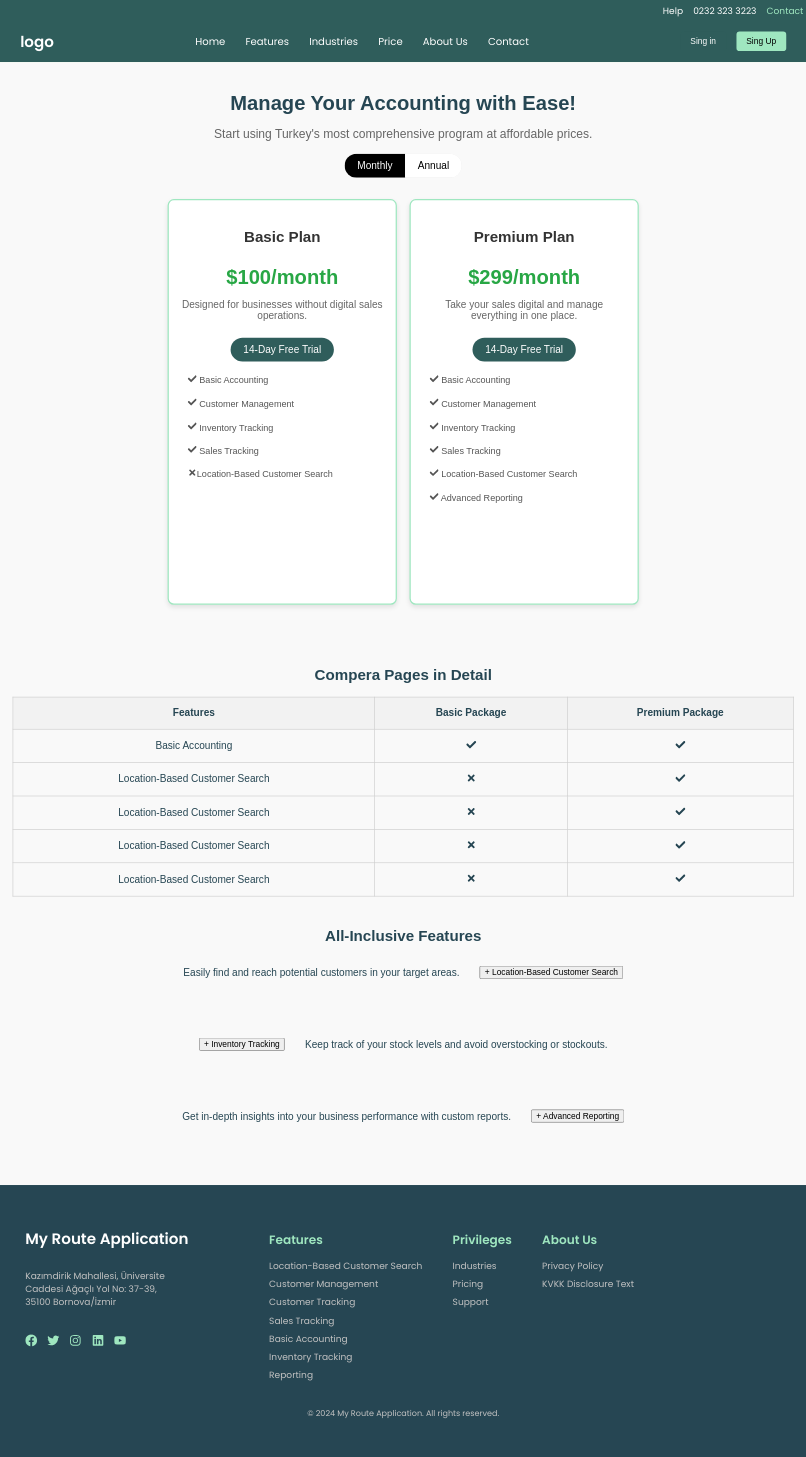
Repository: senolinanyasar/myrouteapplication
Page: /pricing
These files come from the project's save history. The page is drawn as it stood at one moment and after the next save; the edit follows.
The browser window is 1280 px wide. The pictures show the whole page, at 63% of full size.
The project was rebuilt for these pictures with package versions that can differ from the ones it lists, and the page was loaded fresh each time. Also part of the build but not shown: vite.config.js, src/components/HeroSection.css, src/components/HeroSection.js, src/components/FeaturesSection.js, src/components/PricingSection.css, src/components/PricingSection.js, src/components/SupportSection.css, src/components/SupportSection.js and 3 more.

Above is the page before, as saved 2024-11-16 21:56:06.

### src/index.css
@import url('https://fonts.googleapis.com/css2?family=Poppins:wght@400;600&display=swap');

body {
  font-family: 'Poppins', sans-serif;
  color: #264653;
  background-color: #f1faee;
  margin: 0;
  padding: 0;
  box-sizing: border-box;
}

code {
  font-family: source-code-pro, Menlo, Monaco, Consolas, 'Courier New',
    monospace;
}

### src/App.js
import React from 'react';
import { BrowserRouter as Router, Route, Routes } from 'react-router-dom';
import Header from './components/Header';
import HomePage from './components/HomePage';
import PricingPage from './components/PricingPage';
import TopBar from './components/TopBar';
import Footer from './components/Footer';


function App() {
  return (
    <Router>
      <TopBar/>
      <Header />
      <Routes>
        <Route path='/' element={<HomePage />} />
        <Route path='/pricing' element={<PricingPage />} />

      </Routes>
      <Footer/>
    </Router>

  );
}

export default App;

### src/components/Header.js
// Header.js
import React from 'react';
import './Header.css';
import { Link } from 'react-router-dom';

const Header = () => {
    return (
        <header className="header">
            <div className="header-logo">logo</div>
            <nav className="header-nav">

                    <Link to="/">Home</Link>
                    <Link to="/features">Features</Link>
                    <Link to="/industries">Industries</Link>
                    <Link to="/pricing">Price</Link>
                    <Link to="/aboutus">About Us</Link>
                    <Link to="/contact">Contact</Link>



            </nav>
            <div className="header-buttons">
                <button className="login-button">Sing in</button>
                <button className="register-button">Sing Up</button>
            </div>
        </header>
    );
};


export default Header;

### src/components/PricingPage.js
// PricingPage.js

import React, { useState } from "react";
import './PricingPage.css';
import { FaCheck, FaTimes } from "react-icons/fa";


const PricingPage = () => {
    const [isAnnual, setIsAnnual] = useState(false);

    return (
        <section className="pricing-page">
            <div className="pricing-header">
                <h1>Manage Your Accounting with Ease!</h1>
                <p>Start using Turkey's most comprehensive program at affordable prices.</p>
                <div className="toggle-buttons">
                    <button
                        className={`toggle-btn ${!isAnnual ? "active" : ""}`}
                        onClick={() => setIsAnnual(false)}
                    >
                        Monthly
                    </button>
                    <button
                        className={`toggle-btn ${isAnnual ? "active" : ""}`}
                        onClick={() => setIsAnnual(true)}
                    >
                        Annual
                    </button>
                </div>
            </div>
            <div className="pricing-plans">
                <div className="plan basic-plan">
                    <h3>Basic Plan</h3>
                    <p className="price">
                        {isAnnual ? "$1,000/year" : "$100/month"}
                    </p>
                    <p className="subtext">
                        Designed for businesses without digital sales operations.
                    </p>
                    <button className="try-button">14-Day Free Trial</button>
                    <ul>
                        <li><FaCheck /> Basic Accounting</li>
                        <li><FaCheck /> Customer Management</li>
                        <li><FaCheck /> Inventory Tracking</li>
                        <li><FaCheck /> Sales Tracking</li>
                        <li><FaTimes className="not-included" />Location-Based Customer Search</li>
                    </ul>
                </div>
                <div className="plan premium-plan">
                    <h3>Premium Plan</h3>
                    <p className="price">
                        {isAnnual ? "$3,000/year" : "$299/month"}
                    </p>
                    <p className="subtext">
                        Take your sales digital and manage everything in one place.
                    </p>
                    <button className="try-button">14-Day Free Trial</button>

                    <ul>
                        <li><FaCheck /> Basic Accounting</li>
                        <li><FaCheck /> Customer Management</li>
                        <li><FaCheck /> Inventory Tracking</li>
                        <li><FaCheck /> Sales Tracking</li>
                        <li><FaCheck /> Location-Based Customer Search</li>
                        <li><FaCheck /> Advanced Reporting</li>
                    </ul>
                </div>
            </div>


            <div className="comparison-table">
                <h2>Compera Pages in Detail</h2>
                <table>
                    <thead>
                        <tr>
                            <th>Features</th>
                            <th>Basic Package</th>
                            <th>Premium Package</th>
                        </tr>
                    </thead>
                    <tbody>
                        <tr>
                            <td>Basic Accounting</td>
                            <td><FaCheck /></td>
                            <td><FaCheck /></td>
                        </tr>
                        <tr>
                            <td>Location-Based Customer Search</td>
                            <td><FaTimes className="not-included" /></td>
                            <td><FaCheck /></td>
                        </tr>
                        <tr>
                            <td>Location-Based Customer Search</td>
                            <td><FaTimes className="not-included" /></td>
                            <td><FaCheck /></td>
                        </tr>
                        <tr>
                            <td>Location-Based Customer Search</td>
                            <td><FaTimes className="not-included" /></td>
                            <td><FaCheck /></td>
                        </tr>
                        <tr>
                            <td>Location-Based Customer Search</td>
                            <td><FaTimes className="not-included" /></td>
                            <td><FaCheck /></td>
                        </tr>
                    </tbody>
                </table>
            </div>

            <div className="features-expand">
                <h2> All-Inclusive Features</h2>
                <div className="feature">
                    <button className="feature-toggle">+ Location-Based Customer Search</button>
                    <p className="feature-description">Easily find and reach potential customers in your target areas.</p>
                </div>
                <div className="feature">
                    <button className="feature-toggle">+  Inventory Tracking</button>
                    <p className="feature-description">Keep track of your stock levels and avoid overstocking or stockouts.</p>
                </div>
                <div className="feature">
                    <button className="feature-toggle">+ Advanced Reporting</button>
                    <p className="feature-description">Get in-depth insights into your business performance with custom reports.</p>
                </div>
            </div>
        </section>
    );

};

export default PricingPage;

### src/components/TopBar.js
// TopBar.js
import React from 'react';
import './TopBar.css';

const TopBar = () => {
    return (
        <div className="top-bar">
            <div className="top-bar-content">
                <span>Help</span>
                <span>0232 323 3223</span>
                <a href="#contact">Contact</a>
            </div>
        </div>
    );
};

export default TopBar;

### src/components/Footer.js
// Footer.js

import React from 'react';
import './Footer.css';
import { FaFacebook, FaInstagram, FaLinkedin, FaTwitter, FaYoutube } from 'react-icons/fa';

const Footer = () => {
    return (
        <footer className="footer">
            <div className='footer-content'>
                <div className='footer-left'>
                    <div className='footer-logo'>
                        <h2>My Route Application</h2>
                    </div>
                    <p>Kazımdirik Mahallesi, Üniversite <br />Caddesi Ağaçlı Yol No: 37-39, <br />35100 Bornova/İzmir</p>
                    <div className='social-icons'>
                        <FaFacebook />
                        <FaTwitter />
                        <FaInstagram />
                        <FaLinkedin />
                        <FaYoutube />
                    </div>
                </div>

                <div className="footer-right">
                <br/><br/><br/><br/>
                    <div className='footer-section'>
                        <h4>Features</h4>
                        <ul>
                            <li>Location-Based Customer Search</li>
                            <li>Customer Management</li>
                            <li>Customer Tracking</li>
                            <li>Sales Tracking</li>
                            <li>Basic Accounting</li>
                            <li>Inventory Tracking</li>
                            <li>Reporting</li>
                        </ul>
                    </div>

                    <div className="footer-section">
                        <h4>Privileges</h4>
                        <ul>
                            <li>Industries</li>
                            <li>Pricing</li>
                            <li>Support</li>
                        </ul>
                    </div>

                    <div className="footer-section">
                        <h4>About Us</h4>
                        <ul>
                            <li>Privacy Policy</li>
                            <li>KVKK Disclosure Text</li>
                        </ul>
                    </div>
                </div>
            </div>

            <div className="footer-bottom">
                <p>&copy; 2024 My Route Application. All rights reserved.</p>
            </div>
        </footer>
    );
};

export default Footer;

### src/components/Header.css
/* Header.css */
.header{
    display: flex;
    justify-content: space-between;
    align-items: center;
    padding: 1rem 2rem;
    background-color: #2f5d5b;
    color: white;
    margin-top: 2rem;
    position: sticky;
    top: 2rem;
    z-index: 999;
}


.header-logo {
    font-size: 1.5rem;
    font-weight: bold;
}
.header-nav a{
    margin: 0 1rem;
    color: white;
    text-decoration: none;
}
.header-nav a:hover {
    color: #e9c46a;
  }

.header-buttons button{
    margin-left: 1rem;
    padding: 0.5rem 1rem;
    border: none;
    border-radius: 5px;
}

.login-button{
    background-color: #2f5d5b;
    color: white;
}

.register-button{
    background-color: #9fe7c0;
    color: black;
}

### src/components/PricingPage.css
/* PricingPage.css */

.pricing-page{
    font-family: "Arial",sans-serif;
    padding: 20px;
    text-align: center;
    background-color: #f9f9f9;
    text-align: center;
}

.pricing-header{
    text-align: center;
    margin-bottom: 30px;
}
.pricing-header h1{
    font-size: 2rem;
    font-weight: bold;
    margin-bottom: 10px;
}

.pricing-header p{
    margin-bottom: 20px;
    color: #666;
    font-size: 1.2rem;
}

.toggle-buttons{
    display: inline-block;
    background-color: #e9e9e9;
    border-radius: 20px;
    overflow: hidden;
}

.toggle-btn{
    padding: 10px 20px;
   font-size: 1rem;
    cursor: pointer;
    color: #000;
    border: none;
    background:  #fff;
    transition: all 0.3s;
}
.toggle-buttons .active{
    background-color: #000;
    color: #fff;
}

.pricing-plans{
    display: flex;
    justify-content: center;
    gap: 20px;
    margin-top: 30px;
    align-items: center;

}

.plan {
    background: #fff;
    border: 1px solid #ddd;
    border-radius: 10px;
    padding: 20px;
    width: 320px;
    height: 600px;
    margin-bottom: 50px;
    text-align: center;
    transition: transform 0.3s ease;
    box-shadow: 0px 4px 8px rgba(0, 0, 0, 0.1);
}

.plan:hover{
    transform: scale(1.05);
}
.plan h3{
    font-size: 1.5rem;
    color: #333;
    margin-bottom: 10px;
}

.plan .price{
    font-size: 2rem;
    font-weight: bold;
    color: #28a745;
    margin-bottom: 10px;
}

.plan .subtext{
    font-size: 1rem;
    color: #666;
    margin-bottom: 15px;
}



.plan ul{
    list-style: none;
    padding: 0;
    margin-top: 20px;
}

.plan ul li{
    color: #555;
    font-size: 0.9rem;
    margin-bottom: 20px;
    margin-left: 10px;
    text-align: left;
}

.try-button{
    background: #2f5d5b;
    color: #fff;
    padding: 10px 20px;
    border: none;
    border-radius: 20px;
    cursor: pointer;
    font-size: 1rem;
    margin-top: 10px;
    transition: transform 0.3s ease;
}

.try-button:hover{
    background: #9fe7c0;
}
.basic-plan{
    border: 2px solid #9fe7c0;
}
.premium-plan{
    border: 2px solid #9fe7c0;
}
.comparison-table{
    margin-top: 3rem;
    text-align: center;
}

.comparison-table table{

    width: 100%;
    border-collapse: collapse;
}

.comparison-table th,
.comparison-table td{
    padding: 1rem;
    border: 1px solid #ccc
}

.comparison-table th{
    background-color: #f2f2f2;
}

.comparison-table td{
    text-align: center;
}

.features-expand{
    margin-top: 3rem;
}

.feture{
    margin-top: 1rem;
}


.feture-toggle{
    background: none;
    border: none;
    font-size: 1rem;
    font-weight: bold;
    color: #2a9d8f;
    cursor: pointer;
    display: block;
    text-align: left;
    padding: 0.5rem;
}

.feture-description{
    display: none;
    color: #6d6d6d;
    font-size: 0.9rem;
    margin-top: 0.5rem;
}

.feture-toggle:focus + .feture-description,
.feture-toggle:hover + .feture-description{
    display: block;
}

### src/components/TopBar.css
/* TopBar.css */

.top-bar {
    background-color: #2f5d5b;
    color: white;
    padding: 0.5rem;
    font-size: 0.9rem;
    display: flex;
    justify-content: center;
    position: fixed;
    top: 0;
    width: 99%;
    z-index: 1000;
}
.top-bar-content {
    display: flex;
    gap: 1rem;
    align-items: center;
    justify-content: flex-end;
    width: 100%;
}

.top-bar-content span{
    color: #ffffff;
}
.top-bar-content a{
    color: #9fe7c0;
    text-decoration: none;
    transition: color 0.3s;
}

.top-bar-content a:hover{
    color: #c3f2d0;
}

### src/components/Footer.css
/* Footer.css */

.footer {
    background-color: #264653;
    color: #ffffff;
    padding: 3rem 2rem;
}
.footer-content{
    display: flex;
    max-width: 1200px;
    justify-content: space-around;
    margin: 0 auto;
}

.footerleft{
    flex: 1;
    max-width: 300px;
}

.footer-logo h2{
    font-size: 1.5rem;
    color: #ffffff;
    margin-bottom: 2rem;
}


.footer-left p{
    color: #c3c3c3;
    font-size: 0.9rem;
    margin-bottom: 2.5rem;
}

.social-icons{
    display: flex;
    gap: 1rem;
    font-size: 1.2rem;
}


.social-icons svg{
    color: #9fe7c0;
    cursor: pointer;
    transition: color 0.3s ease;
}
.social-icons svg:hover {
    color: #c3f2d0;
}

.footer-right{
    display: flex;
    gap: 3rem;
    flex: 2;
    margin-left: 5rem;
}

.footer-section{
    text-align: left;
}
.footer-section h4{
    font-size: 1.2rem;
    color: #9fe7c0;
    margin-bottom: 1rem;
}
.footer-section ul{
    list-style: none;
    padding: 0;
    margin: 0;

}

.footer-section ul li{
    font-size: 0.9rem;
    margin-bottom: 0.5rem;
    color: #c3c3c3;
    cursor: pointer;
    transition: color 0.3s ease;
}

.footer-sectionul li:hover{
    color: #ffffff;
}

.footer-bottom{
    text-align: center;
    font-size: 0.8rem;
    color: #c3c3c3;
    margin-top: 2rem;
}

### src/components/FeaturesSection.css
/* FeaturesSection.css */
.features-section {
    padding: 4rem 2rem;
    text-align: center;
}

.features-title {
    font-size: 2rem;
    font-weight: 600;
    color: #264653;
    margin-bottom: 3rem;
    line-height: 1.2;
}



.feature {
    display: flex;
    align-items: center;
    justify-content: center;
    gap: 2rem;
    margin-bottom: 4rem;
    flex-direction: row;
}

.feature:nth-child(even) {
    flex-direction: row-reverse;
}

.feature-text {
    flex: 1;
    max-width: 500px;
    text-align: left;
}

.features h3 {
    font-size: 1.8rem;
    font-weight: 600;
    color: #264653;
    margin-bottom: 1rem;
}

.feature-text p {
    font-size: 1.1rem;
    color: #6d6d6d;
    margin-bottom: 1.5rem;
}

.cta-button {
    padding: 0.8rem 1.5rem;
    font-size: 1rem;
    color: #2f5d5b;
    background-color: #9fe7c0;
    border: none;
    border-radius: 5px;
    cursor: pointer;
    transition: background-color 0.3s ease;
    text-align: center;
}

.cta-button:hover {
    background-color: #c3f2d0;
}

.feature-image {
    flex: 1;
    max-width: 400px;
    height: auto;
}

.feature-image img {
    width: 100%;
    height: auto;
    object-fit: cover;
    border-radius: 10px;
}

Loaded but not shown: public/index.html (common file); src/index.js (common file); src/reportWebVitals.js (common file)

After the next save:
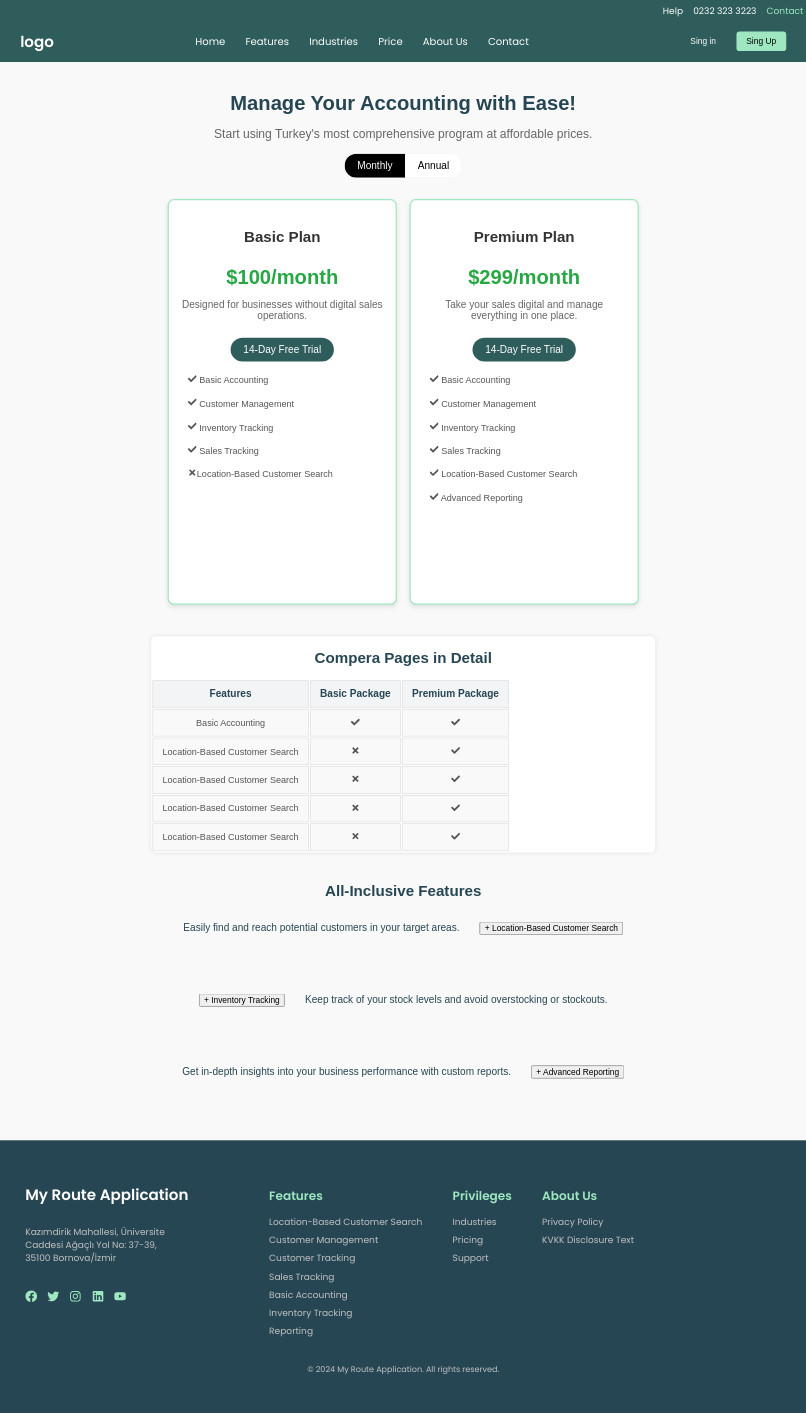
Saved 11 min 32 s later.
--- a/src/components/PricingPage.css
+++ b/src/components/PricingPage.css
@@ -126,31 +126,57 @@
 .premium-plan{
     border: 2px solid #9fe7c0;
 }
-.comparison-table{
-    margin-top: 3rem;
-    text-align: center;
-}
-
-.comparison-table table{
-
+.comparison-table-container{
+    padding: 20px;
+    background-color: #f9f9f9;
+    text-align: center;
+
+}
+
+.comparison-table-container h2{
+    font-size: 1.8rem;
+    margin-bottom: 20px;
+}
+.comparison-table {
     width: 100%;
+    max-width: 800px;
+    margin: 0 auto;
     border-collapse: collapse;
-}
-
+    font-family: Arial, sans-serif;
+    background: #fff;
+    border-radius: 8px;
+    overflow: hidden;
+    box-shadow: 0 0px 8px rgba(0, 0, 0, 0.1);
+}
 .comparison-table th,
+.comparison-table td {
+    border: 1px solid #ddd;
+    padding: 12px 15px;
+    text-align: center;
+}
+.comparison-table th{
+    background-color: #f3f4f6;
+    font-size: 1rem;
+    font-weight: bold;
+}
 .comparison-table td{
-    padding: 1rem;
-    border: 1px solid #ccc
-}
-
-.comparison-table th{
-    background-color: #f2f2f2;
-}
-
-.comparison-table td{
-    text-align: center;
-}
-
+    font-size: 0.9rem;
+    color: #555;
+}
+.comparison-table tbody:nth-child(even){
+    background-color: #f9f9f9;
+}
+.comparison-table tbody tr:hover{
+    background-color: #f1f1f1;
+}
+.icon-check{
+    color: #28a745;
+    font-size: 1.2rem;
+}
+.icon-times{
+    color: #dc3545;
+    font-size: 1.2rem;
+}
 .features-expand{
     margin-top: 3rem;
 }
